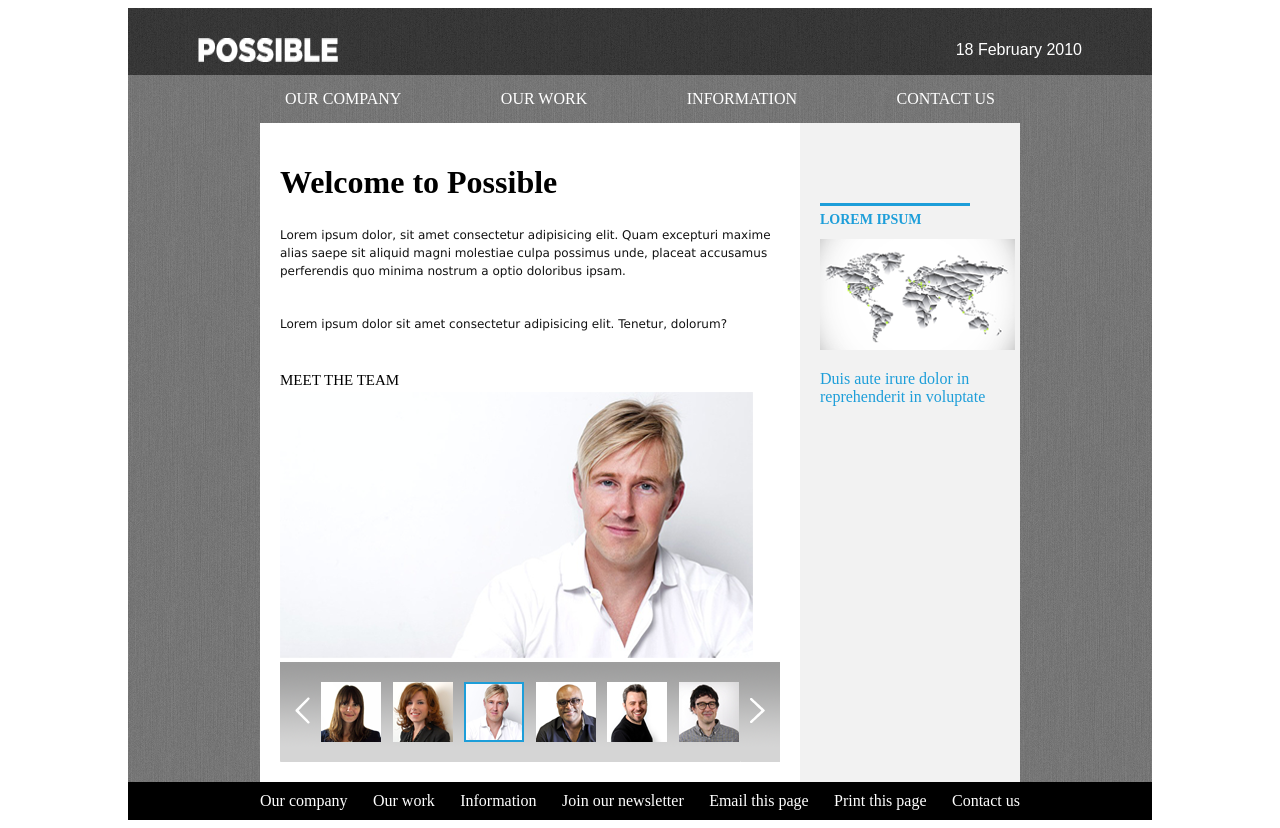
Repository: grzegorzgebala/possible-site
Page: index.html
The author's editor kept a copy of each file at every save. The page is drawn from the files as they stood at one save, then again after the next save.
The browser window is 1280 px wide. The pictures show the whole page.
The style sheet was rebuilt from its Sass, Less or Tailwind sources for each picture, by a compiler version that may differ from the author's.

Above is the page before, as saved 2020-02-15 23:38:49.

### index.html
<!DOCTYPE html>
<html>
	<head>
		<meta charset="utf-8">
		<link rel="stylesheet" type="text/css" href="css/style.css">
		<title>Possible page</title>
	</head>
	<body>
        <div class="container">
            <header>
                <img src="images/logo.png" alt="possible logo">
                <div class="date">18 February 2010</div>
            </header>
            <nav class="menu">
                <ul>
                    <li>our company</li>
                    <li>our work</li>
                    <li>information</li>
                    <li>contact us</li>
                </ul>
            </nav>
            <div class="mainSite">
                <div class="leftSide">
                    <h1>Welcome to Possible</h1>
                    <article>Lorem ipsum dolor, sit amet consectetur adipisicing elit. Quam excepturi maxime alias saepe sit aliquid magni molestiae culpa possimus unde, placeat accusamus perferendis quo minima nostrum a optio doloribus ipsam.</article>
                    <article>Lorem ipsum dolor sit amet consectetur adipisicing elit. Tenetur, dolorum?</article>
                    <div class="meetTitle">Meet the team</div>
                    <div class="carousel">
                        <img src="/images/employees/picture1.png" alt="possible logo">
                        <div class="carousele">
                            <div>
                                <img src="/images/icons/leftArrow.png" alt="leftArrow">
                            </div>
                            <img src="/images/employees/min1.png" alt="person1">
                            <img src="/images/employees/min2.png" alt="person2">
                            <img src="/images/employees/min3.png" alt="person3">
                            <img src="/images/employees/min4.png" alt="person4">
                            <img src="/images/employees/min5.png" alt="person5">
                            <img src="/images/employees/min6.png" alt="person6">
                            <div>
                                <img src="/images/icons/rightArrow.png" alt="rightArrow">
                            </div>
                            <!-- <img src="/images/employees/min7.png" alt="person7">
                            <img src="/images/employees/min8.png" alt="person8">
                            <img src="/images/employees/min9.png" alt="person9">
                            <img src="/images/employees/min10.png" alt="person10"> -->
                        </div>
                    </div>
                </div>
                <div class="rightSide">
                    <div class="rightTitle">lorem ipsum</div>
                    <img src="/images/map.png" alt="map">
                    <p>Duis aute irure dolor  in reprehenderit in voluptate</p>
                </div>
            </div>
            <footer>
                <ul>
                    <li>our company</li>
                    <li>our work</li>
                    <li>information</li>
                    <li>join our newsletter</li>
                    <li>email this page</li>
                    <li>print this page</li>
                    <li>contact us</li>
                </ul>
            </footer>
        </div>
	</body>
</html>

### sass/style.scss
// variables
$menuElementsColor: #ffffff;
$contentElementsColor: #000000;
$footerBackgroundColor: #000000;
$menuHooverColor: #000000;
$activeMenuColor: #1d9ed9;
$sideMenuColor: #1d9ed9;
$fontMenu: "Proxima Nova";
$leftSideBackgroundColor: #ffffff;
$rightSideBackgroundColor: #f2f2f2;
$contentHeaderFont: "Proxima Nova";
$contentDescriptionFont: "Verdana";
$contentColor: #121212;

// page style
.container {
    max-width: 1024px;
    margin: 0 auto;
    background-image: url("/images/mainBackground.png");
}

// header style
header {
    background-image: url("/images/backgroundHeader.png");
    display: flex;
    justify-content: space-between;
    padding: 30px 70px 13px 70px;

    .date {
        color: $menuElementsColor;
        // font-size: 12px;
        line-height: 24px;
        font-family: "Arial";
        // font-weight: bold;
    }
}

// menu
.menu ul {
    max-width: 760px;
    margin: 5px auto;
    display: flex;
    justify-content: space-between;
    list-style-type: none;
    color: $menuElementsColor;
    text-transform: uppercase;
    padding: 0;

    :hover {
        background-color: $menuHooverColor;
        color: $activeMenuColor;
        cursor: pointer;
    }

    li {
        padding: 10px 25px;
    }
}

// main content
.mainSite {
    max-width: 760px;
    margin: 0 auto;
    display: flex;
    justify-content: center;
    flex-direction: row;

    .leftSide {
        width: 100%;
        background-color: $leftSideBackgroundColor;
        padding: 20px;

        h1 {
            font-family: $contentHeaderFont;
        }

        article {
            font-family: $contentDescriptionFont;
            font-size: 12px;
            line-height: 18px;
            color: $contentColor;
            margin-top: 25px;
            margin-bottom: 35px;
        }
        .meetTitle {
            font-size: 15px;
            line-height: 24px;
            text-transform: uppercase;
            color: $contentElementsColor;
            font-family: $contentHeaderFont;
        }

        .carousele {
            overflow: hidden;
            background-image: url("/images/carouseleBackground.png");
            display: flex;
            justify-content: space-between;
            align-items: center;
            padding: 20px 15px;
        }
    }


    .rightSide {
        background-color: $rightSideBackgroundColor;
        width: 40%;
        padding-left: 20px;

        .rightTitle {
            text-transform: uppercase;
            color: $sideMenuColor;
            font-weight: bold;
            font-size: 14px;
            line-height: 18px;
            border-top: 3px solid $sideMenuColor;
            width: 150px;
            margin-top: 80px;
            margin-bottom: 10px;
            padding-top: 5px;
        }

        p {
            color: $sideMenuColor;
        }
    }

}

// footer
footer {
    background: $footerBackgroundColor;
}

footer ul {
    display: flex;
    justify-content: space-between;
    max-width: 760px;
    margin: 0 auto;
    list-style-type: none;
    color: $menuElementsColor;
    background: $footerBackgroundColor;
    padding: 10px;

    :hover {
        color: $activeMenuColor;
        cursor: pointer;
    }

    li::first-letter {
        text-transform: uppercase;
    }
}

After the next save:
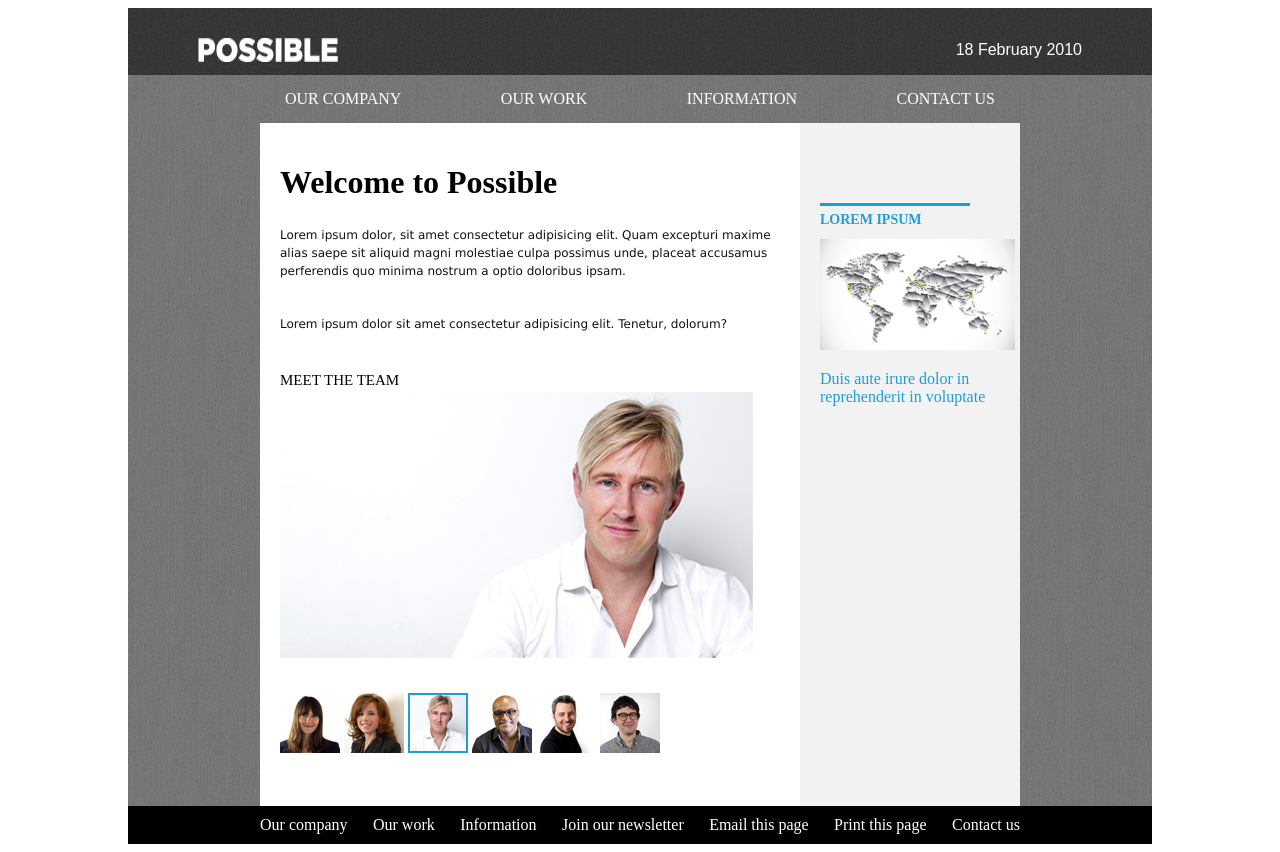
Saved 50 s later.
--- a/index.html
+++ b/index.html
@@ -27,7 +27,7 @@
                     <div class="meetTitle">Meet the team</div>
                     <div class="carousel">
                         <img src="/images/employees/picture1.png" alt="possible logo">
-                        <div class="carousele">
+                        <div class="miniatures">
                             <div>
                                 <img src="/images/icons/leftArrow.png" alt="leftArrow">
                             </div>

After the save that followed:
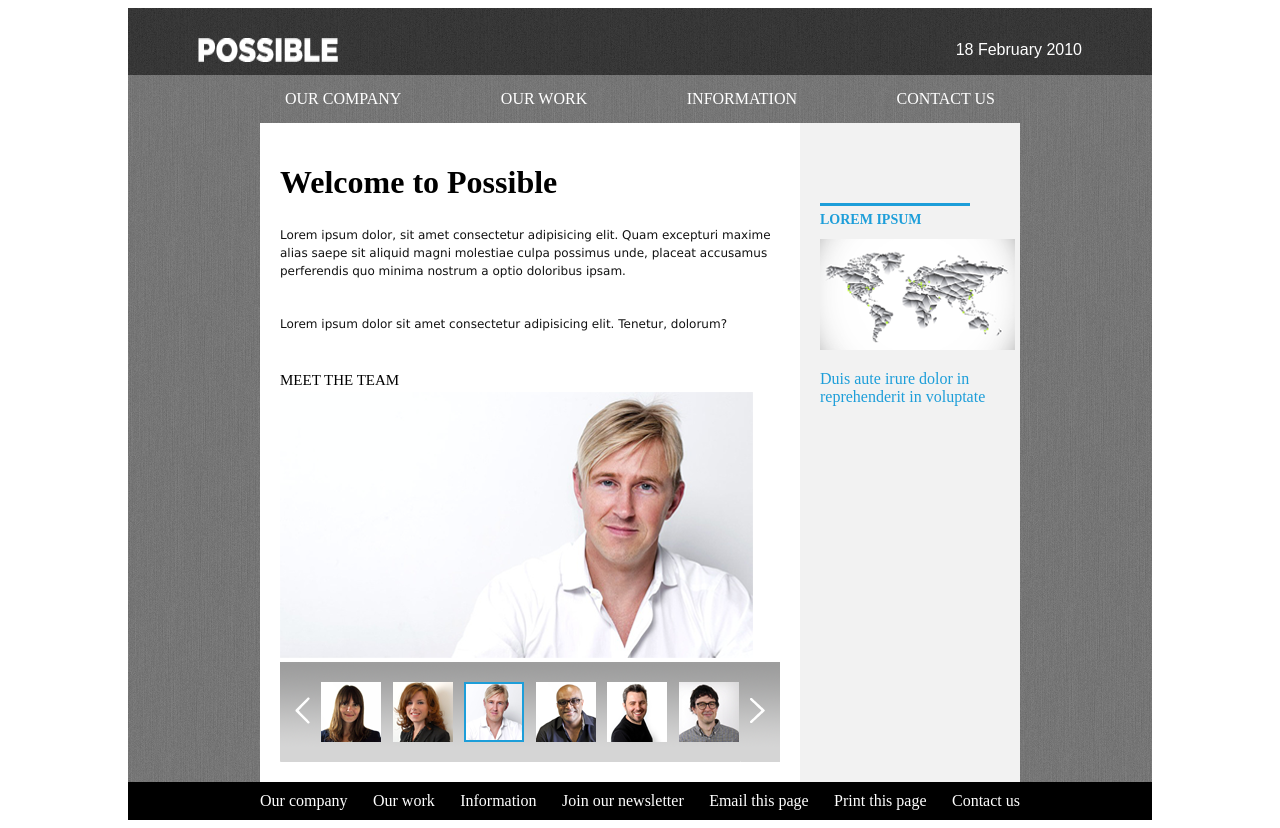
Saved 7 s later.
--- a/sass/style.scss
+++ b/sass/style.scss
@@ -90,7 +90,7 @@ header {
             font-family: $contentHeaderFont;
         }
 
-        .carousele {
+        .miniatures {
             overflow: hidden;
             background-image: url("/images/carouseleBackground.png");
             display: flex;
